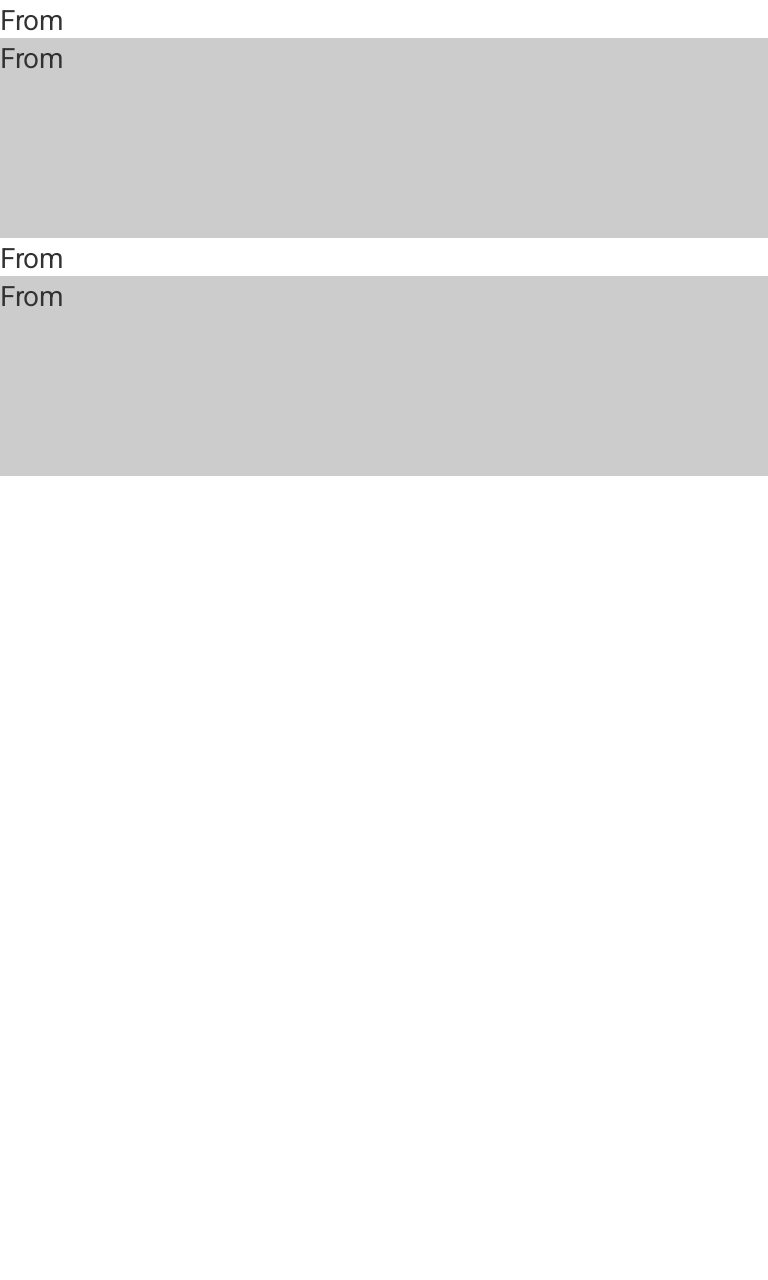
Repository: zelic91/howmuchin
Layout: App/HowMuchIn/res/layout/activity_main.xml
These files come from the project's save history. The layout is drawn as it stood at one moment and after the next save; the edit follows.
It is drawn on a 768 x 1280 px phone screen (xhdpi) without system bars, with theme AppTheme; the app's code is not run.

Above is the layout before, as saved 2013-09-27 14:31:43.

After the next save:
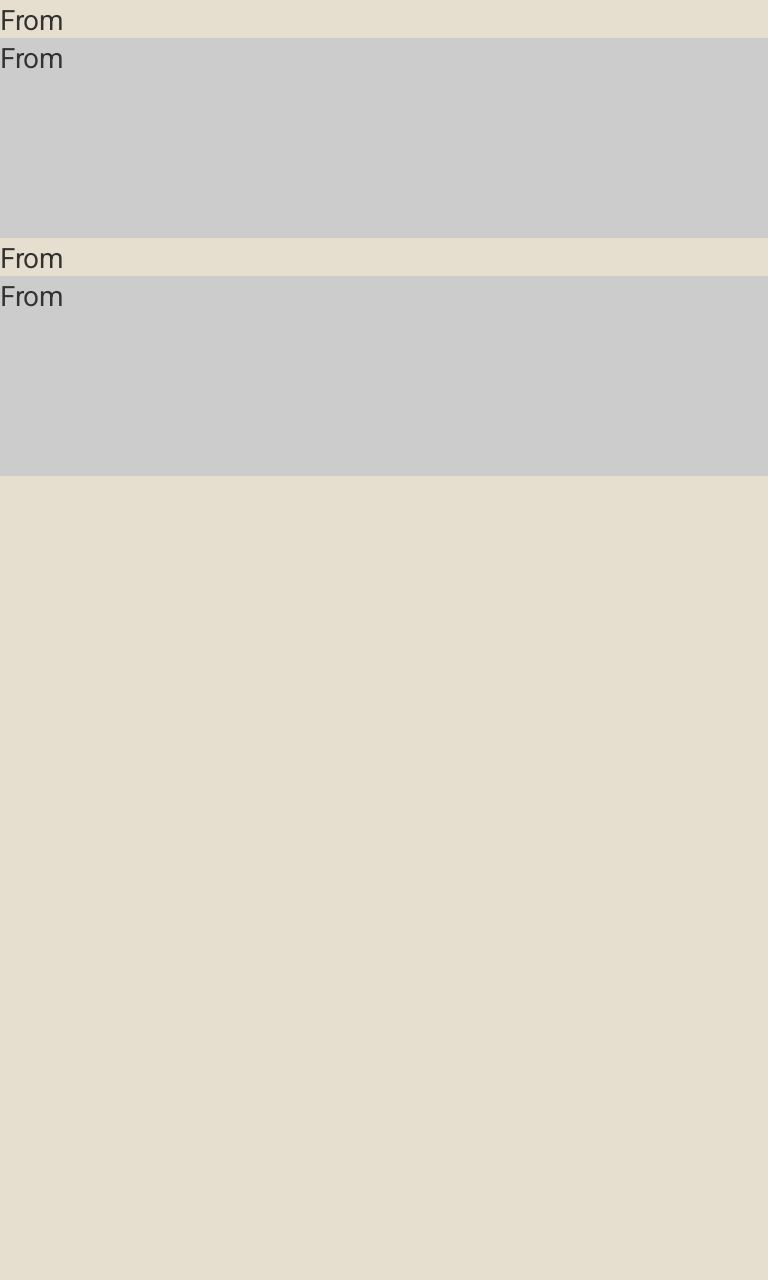
Saved 3 min 44 s later.
--- a/App/HowMuchIn/res/layout/activity_main.xml
+++ b/App/HowMuchIn/res/layout/activity_main.xml
@@ -3,6 +3,7 @@
     android:layout_width="match_parent"
     android:layout_height="match_parent"
     android:orientation="vertical"
+    android:background="@color/main_background"
     tools:context=".MainActivity" >
 
     <TextView
